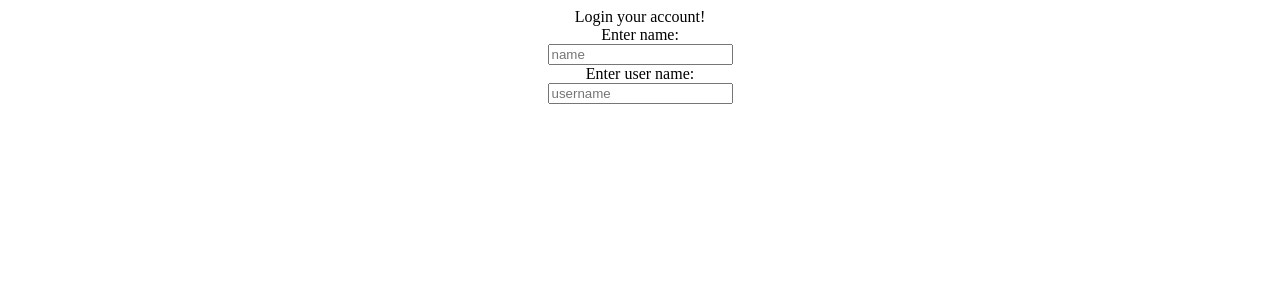
Repository: ApoorvaMishra4/Bootcamp
Page: http://localhost/Login/
An editor plug-in stored every save of this project. The page is shown before and after the next save, followed by the edit.
The browser window is 1280 px wide. The pictures show the whole page.
The page is served by Tomcat 9.

Above is the page before, as saved 2018-08-09 03:51:33.

After the next save:
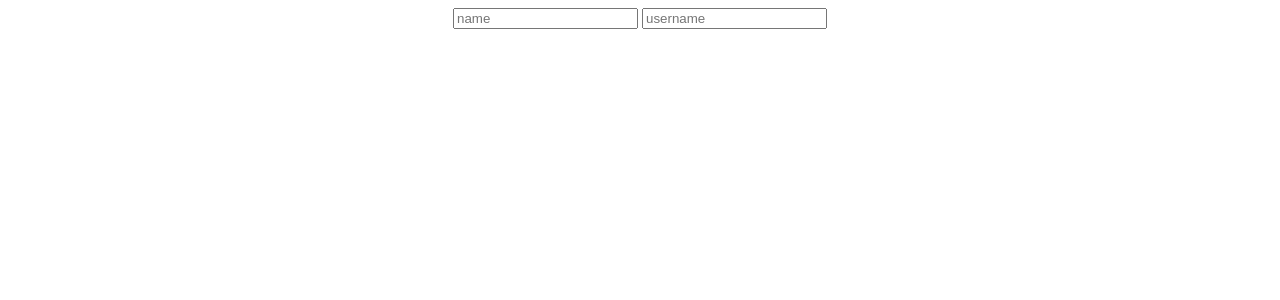
Saved 20 s later.
--- a/Login/src/main/webapp/index.jsp
+++ b/Login/src/main/webapp/index.jsp
@@ -8,14 +8,7 @@ text-align : center;
 </head>
 <body>
 <form action = "#">
-Login your account!
-<br>
-Enter name:
-<br>
 <input type="text" name="name" placeholder="name">
-<br>
-<label>Enter user name:</label>
-<br>
 <input type="text" name="username"  placeholder="username">
 </form>
 </body>
